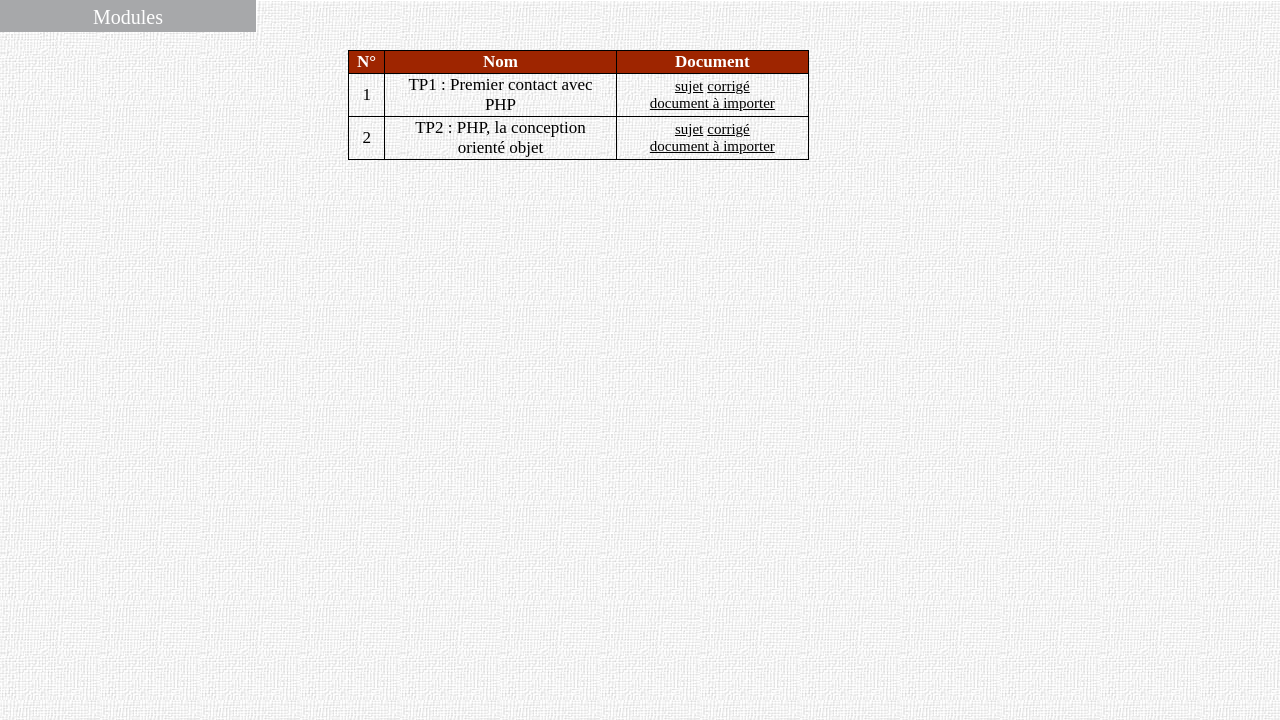
Repository: ValentinArg/PETUT
Page: http://localhost/PETUT/WEB-INF/jsp/eleve/forum.jsp
These files come from the project's save history. The page is drawn as it stood at one moment and after the next save; the edit follows.
The browser window is 1280 px wide. The pictures show the whole page.
Some web libraries are served in a nearby version. The page is served by Tomcat 9. Nobody is signed in. The template is opened directly, without the code that normally fills it, so the values that code supplies are empty.

Above is the page before, as saved 2016-11-03 22:00:28.

After the next save:
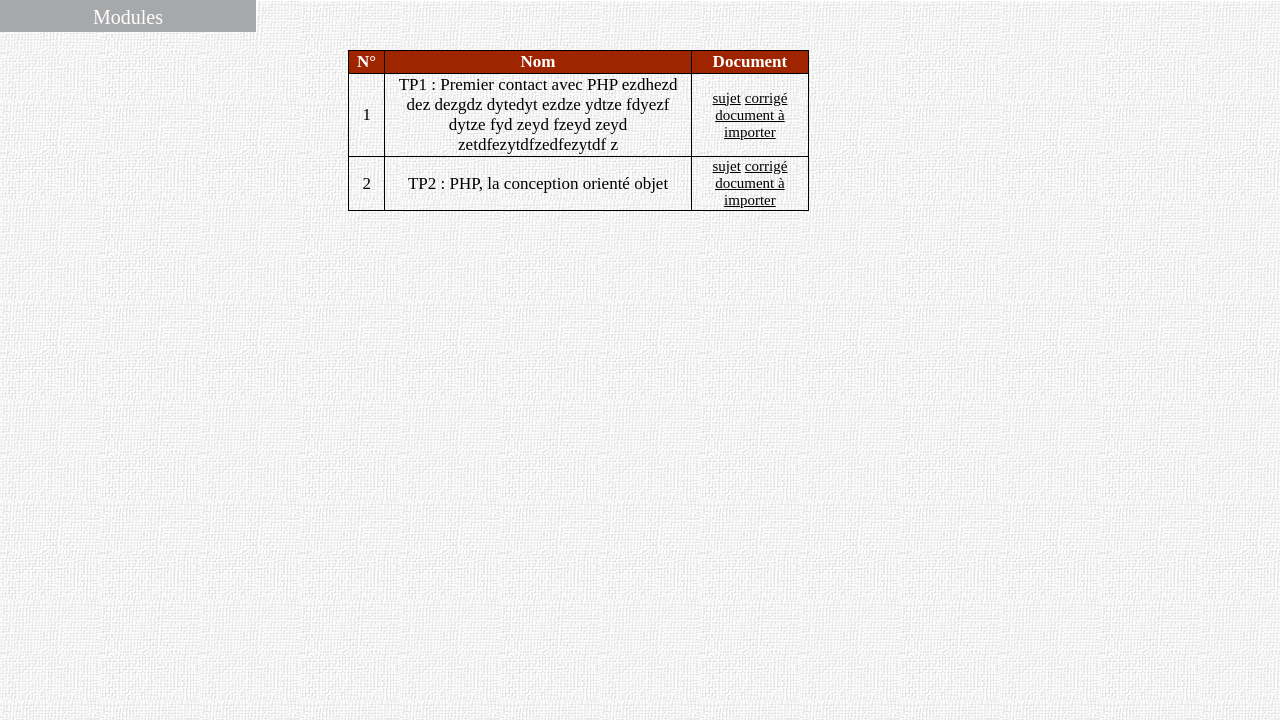
Saved 74 s later.
--- a/PETUT/WebContent/WEB-INF/jsp/eleve/forum.jsp
+++ b/PETUT/WebContent/WEB-INF/jsp/eleve/forum.jsp
@@ -41,7 +41,7 @@
 	   				</tr>
 					<tr class="champTableau">
 				       <td style="text-align: center;">1</td>
-				       <td>TP1 : Premier contact avec PHP</td>
+				       <td>TP1 : Premier contact avec PHP ezdhezd dez dezgdz dytedyt ezdze ydtze fdyezf dytze fyd zeyd fzeyd zeyd zetdfezytdfzedfezytdf z</td>
 				       <td><p>sujet</p><p>corrigé</p><p>document à importer</p></td>
 				   </tr>
 				   <tr class="champTableau">

After the save that followed:
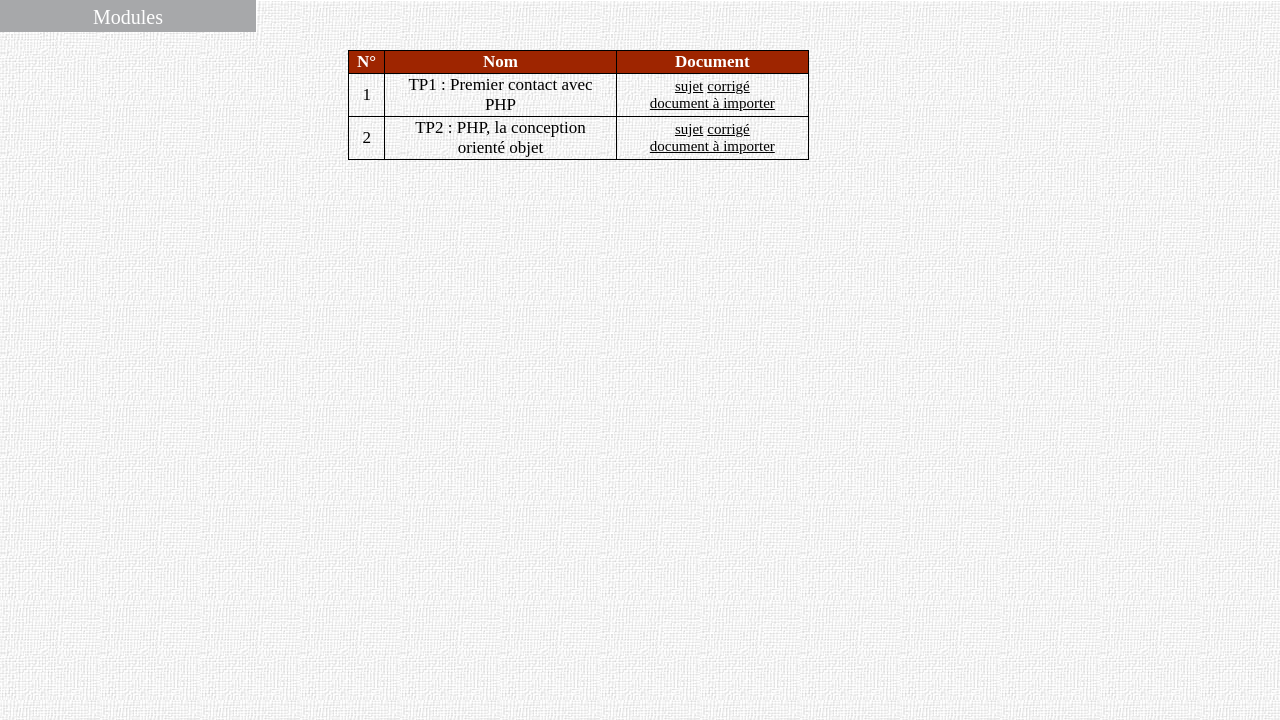
Saved 70 s later.
--- a/PETUT/WebContent/WEB-INF/jsp/eleve/forum.jsp
+++ b/PETUT/WebContent/WEB-INF/jsp/eleve/forum.jsp
@@ -41,7 +41,7 @@
 	   				</tr>
 					<tr class="champTableau">
 				       <td style="text-align: center;">1</td>
-				       <td>TP1 : Premier contact avec PHP ezdhezd dez dezgdz dytedyt ezdze ydtze fdyezf dytze fyd zeyd fzeyd zeyd zetdfezytdfzedfezytdf z</td>
+				       <td>TP1 : Premier contact avec PHP</td>
 				       <td><p>sujet</p><p>corrigé</p><p>document à importer</p></td>
 				   </tr>
 				   <tr class="champTableau">
